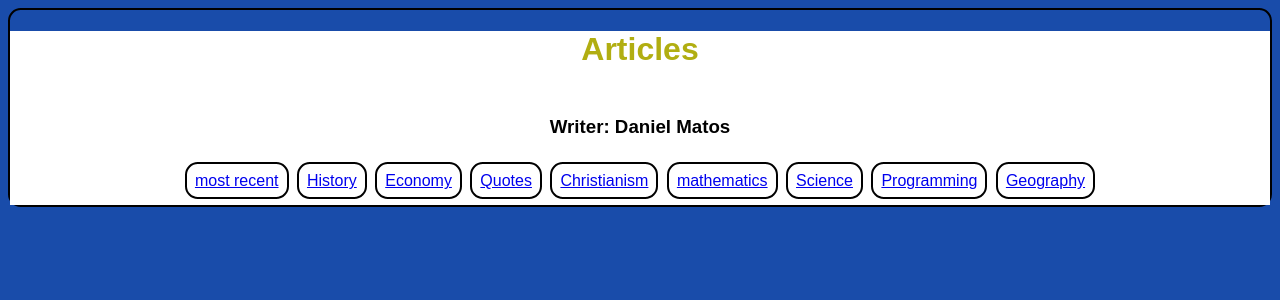
Repository: batmit/FutureFundation.github.io-1
Page: menu/articles/articles.html
An editor plug-in stored every save of this project. The page is shown before and after the next save, followed by the edit.
The browser window is 1280 px wide. The pictures show the whole page.

Above is the page before, as saved 2021-08-30 12:01:55.

After the next save:
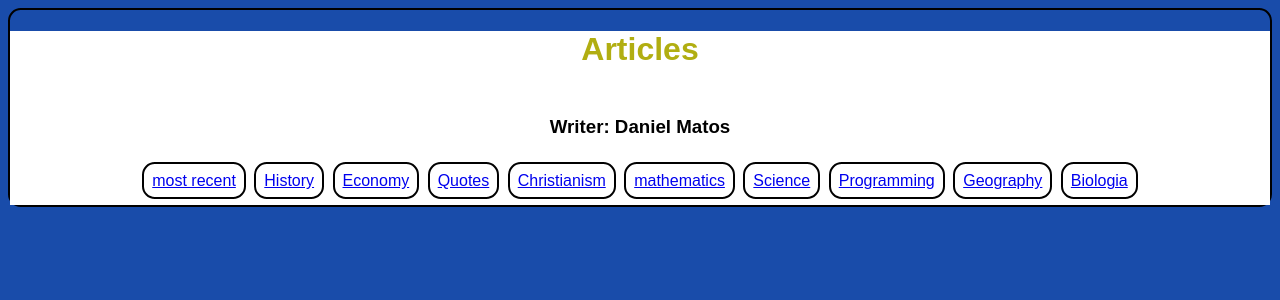
Saved 20 s later.
--- a/menu/articles/articles.html
+++ b/menu/articles/articles.html
@@ -44,6 +44,8 @@
 
             <a href="./geografia/geografia.html">Geography</a>
 
+            <a href="./biologia/biologia.html">Biologia</a>
+
         </div>
 
 
